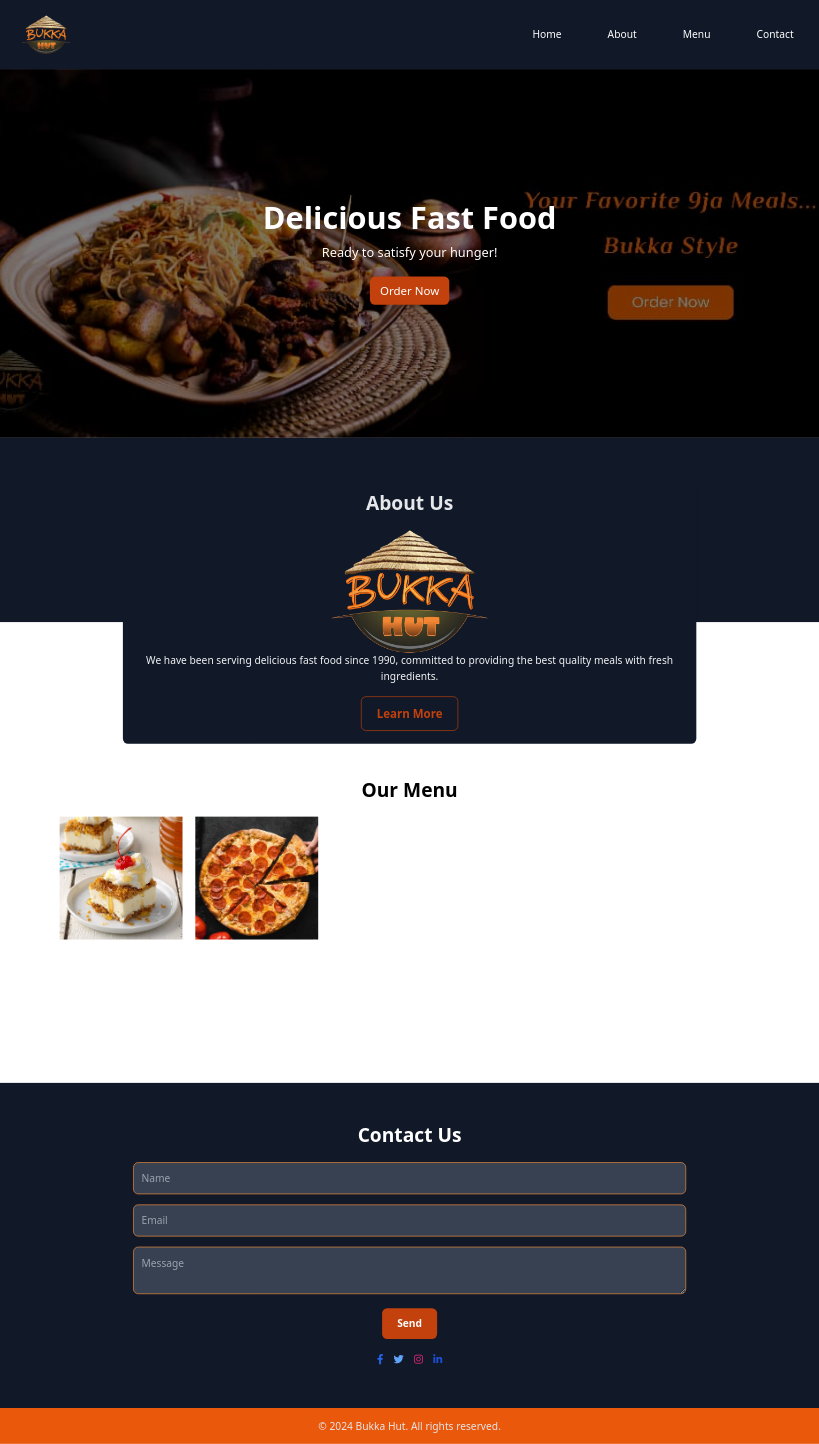
Repository: countaustin1990/BUKKAHUT
Page: INDEX.HTML
These files come from the project's save history. The page is drawn as it stood at one moment and after the next save; the edit follows.
The browser window is 1280 px wide. The pictures show the whole page, at 64% of full size.
Some web libraries are served in a nearby version.

Above is the page before, as saved 2024-08-24 16:08:55.
Console error: TypeError: Cannot read properties of null (reading 'addEventListener')

After the next save:
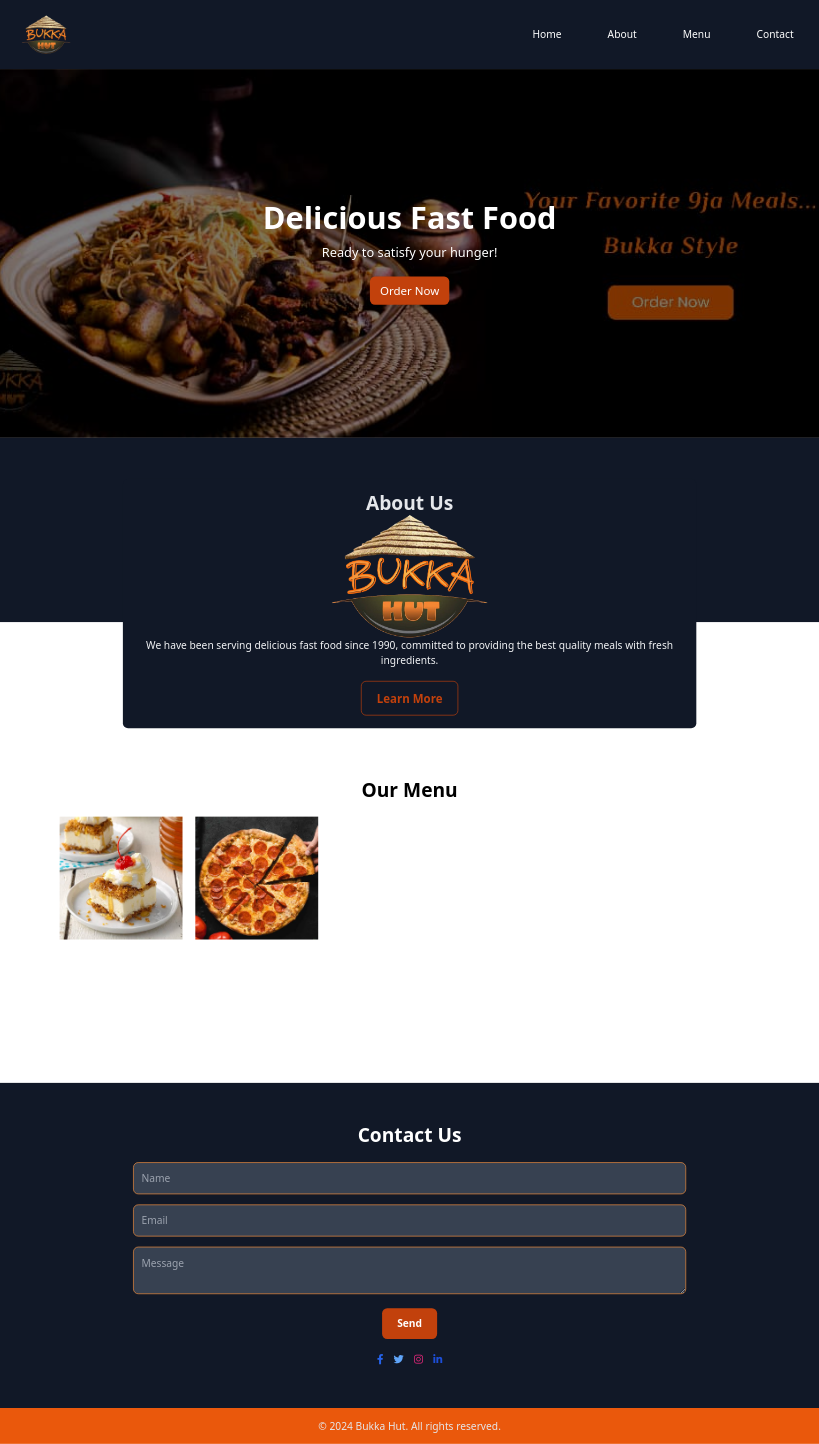
Saved 30 s later.
--- a/INDEX.HTML
+++ b/INDEX.HTML
@@ -77,7 +77,7 @@
         <!-- About Us Section -->
     <section id="about" class="py-16 bg-gray-900">
       <div class="max-w-4xl mx-auto text-center px-4 bg-gray-900 p-5 rounded-lg">
-        <h2 class="text-3xl font-bold mb-6 text-gray-200">About Us</h2>
+        <h2 class="text-3xl font-bold text-gray-200">About Us</h2>
         <img src="Logo-r.png" alt="Logo" class="inline-block h-48 mx-2">
         <p class="text-gray-100 mb-5">We have been serving delicious fast food since 1990, committed to providing the best quality meals with fresh ingredients.</p>
         <button class="py-3 px-6 rounded-lg border border-orange-700 text-orange-700 hover:bg-orange-600 hover:text-white rounded font-semibold text-lg">
